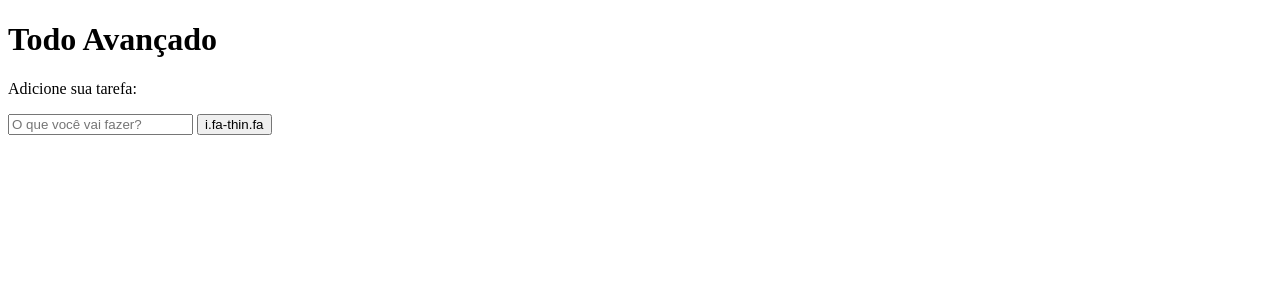
Repository: Guillermomarcon/ProjetoToDo
Page: index.html
An editor plug-in stored every save of this project. The page is shown before and after a run of saves, followed by the edit.
The browser window is 1280 px wide. The pictures show the whole page.
Some web libraries are served in a nearby version.

Above is the page before, as saved 2022-08-27 16:40:55.

After the next 2 saves:
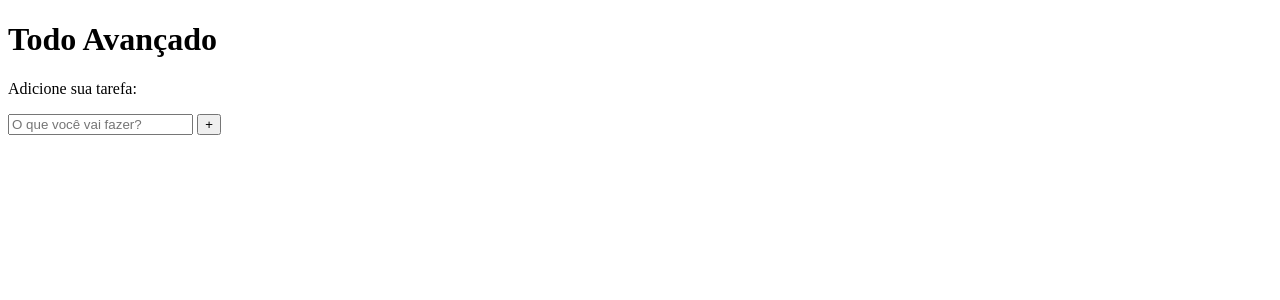
The 2 saves are shown as one change because they came seconds apart.
The last was saved 8 s later.
--- a/index.html
+++ b/index.html
@@ -24,7 +24,7 @@
             <div class="form-control">
                 <input type="text" name="input-text" id="todo-input" placeholder="O que você vai fazer?">
                 <button type="submit">
-                    i.fa-thin.fa
+                    <i class="fa-thin fa-plus"></i>
                 </button>
 
             </div>
